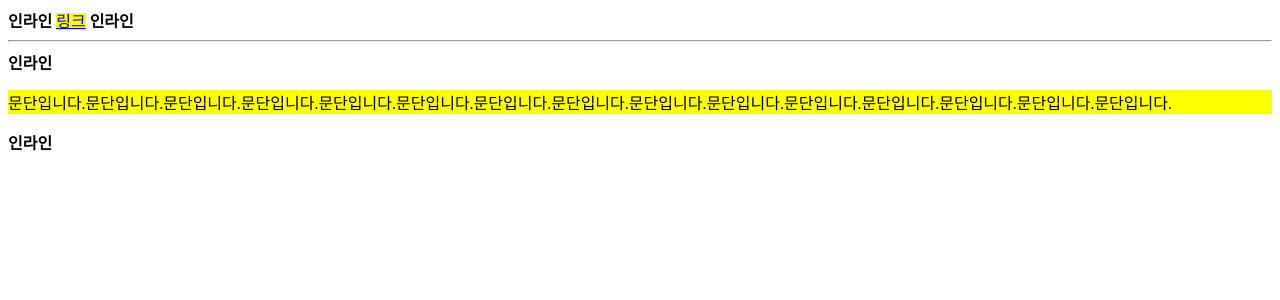
Repository: ssj5037/Class-Study
Page: [5] HTML, CSS, JavaScript/ClientTest/WebContent/Ex12_tag.html
The author's editor kept a copy of each file at every save. The page is drawn from the files as they stood at one save, then again after the next save.
The browser window is 1280 px wide. The pictures show the whole page.

Above is the page before, as saved 2020-06-19 03:22:19.

After the next save:
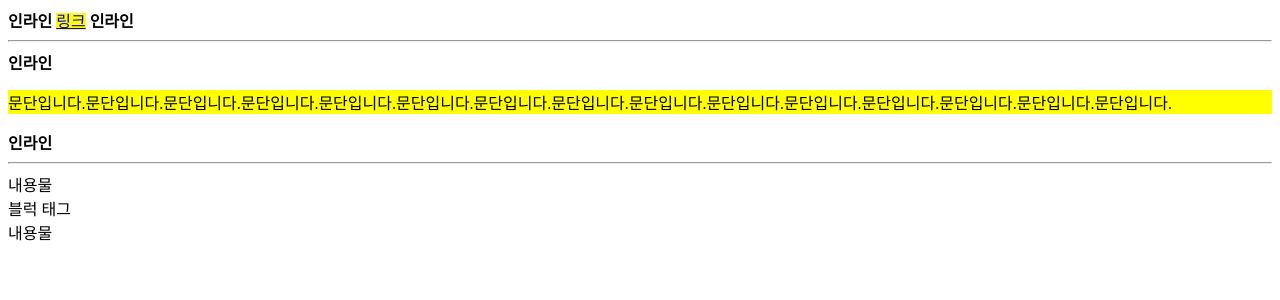
Saved 2 min 5 s later.
--- a/[5] HTML, CSS, JavaScript/ClientTest/WebContent/Ex12_tag.html
+++ b/[5] HTML, CSS, JavaScript/ClientTest/WebContent/Ex12_tag.html
@@ -28,6 +28,10 @@
 		- 영역의 높이는 항상 내용물 크기와 같다.
 		- 구조 역할(뼈대 역할)
 
+		태그 중첩 규칙
+		1. 블럭 태그는 자식으로 또 다른 블럭 태그를 가질 수 있다.
+		2. 블럭 태그는 자식으로 또 다른 인라인 태그를 가질 수 있다.
+
 	-->
 
 	<b>인라인</b>
@@ -40,6 +44,13 @@
 	<p style="background-color:yellow">문단입니다.문단입니다.문단입니다.문단입니다.문단입니다.문단입니다.문단입니다.문단입니다.문단입니다.문단입니다.문단입니다.문단입니다.문단입니다.문단입니다.문단입니다.</p>
 	<strong>인라인</strong>
 
+	<hr>
+
+	내용물
+	<div>
+		블럭 태그
+	</div>
+	내용물
 
 </body>
 </html>
